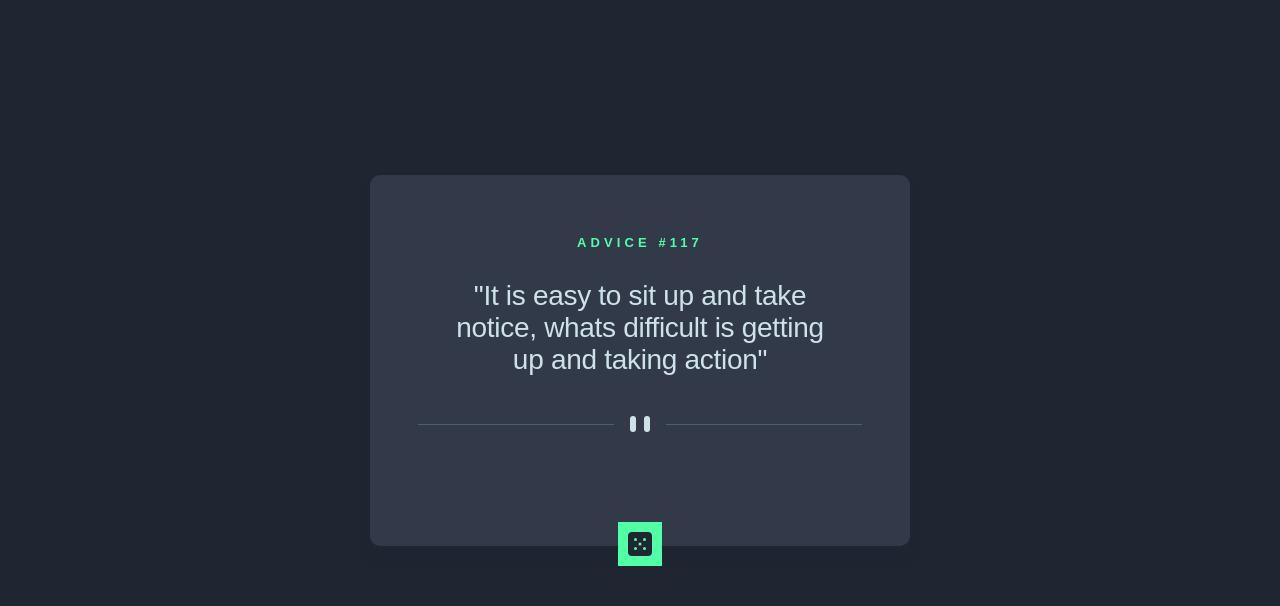
Repository: Arkitecth/advice-generator
Page: index.html
These files come from the project's save history. The page is drawn as it stood at one moment and after the next save; the edit follows.
The browser window is 1280 px wide. The pictures show the whole page.

Above is the page before, as saved 2023-07-12 17:54:46.

After the next save:
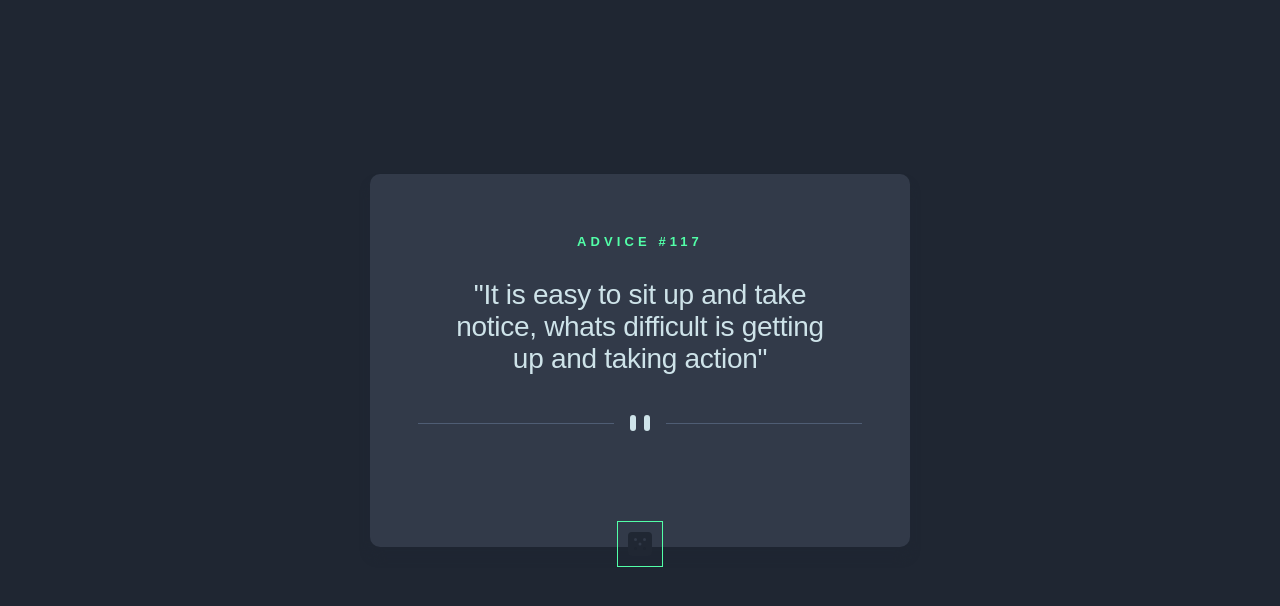
Saved 21 s later.
--- a/style.css
+++ b/style.css
@@ -59,6 +59,6 @@
 
 .dice-icon {
     transform: translateY(70px);
-    background-color: var(--neon-green);
+    border: 1px solid var(--neon-green);
     padding: 10px;
 }
